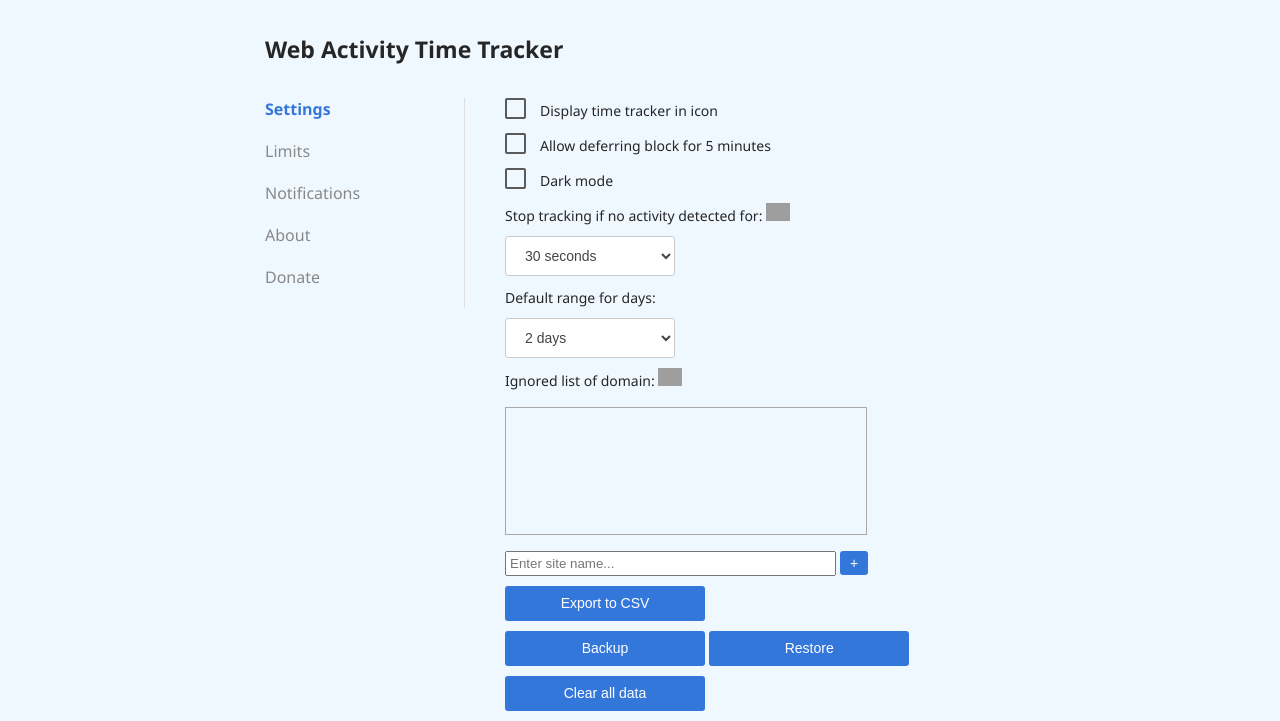
Repository: Inakhoyan/Lab-Project
Page: options.html
These files come from the project's save history. The page is drawn as it stood at one moment and after the next save; the edit follows.
The browser window is 1280 px wide. The pictures show the whole page.
Pictures or frames that could not be fetched are drawn as grey boxes.

Above is the page before, as saved 2022-11-19 00:36:36.
Console error: TypeError: Cannot read properties of null (reading 'addEventListener')

After the next save:
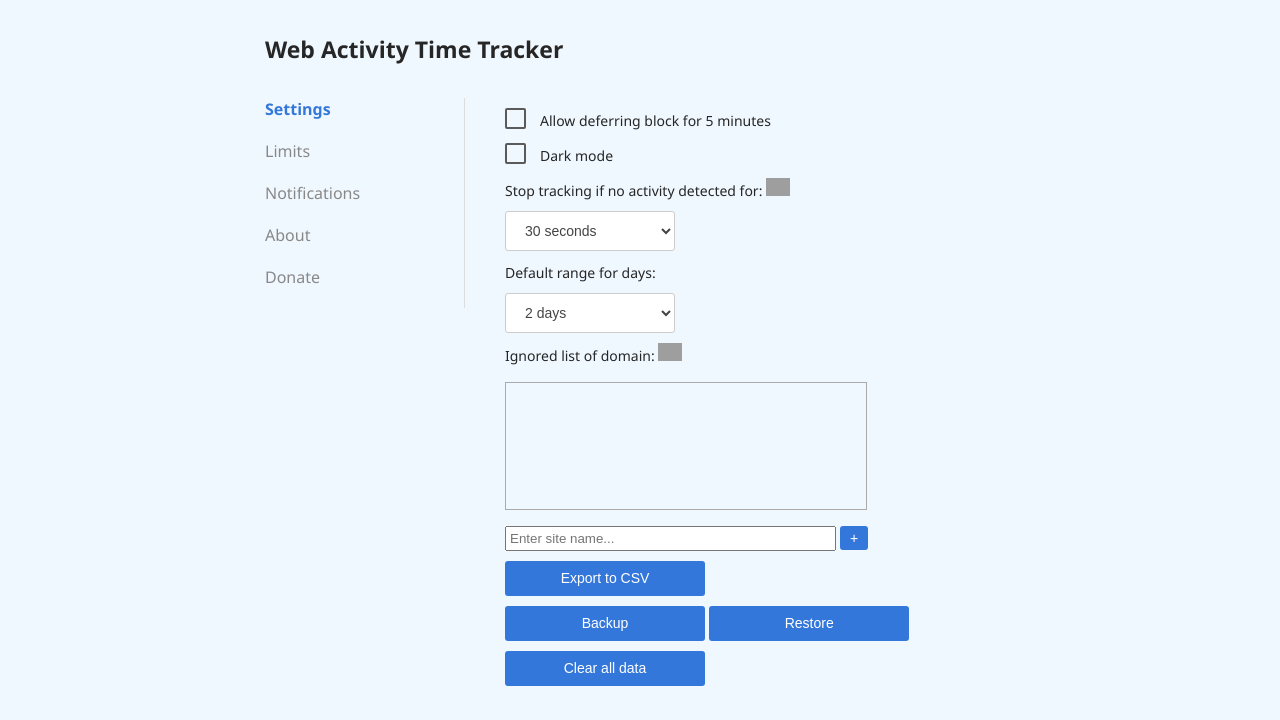
Saved 71 s later.
--- a/options.html
+++ b/options.html
@@ -31,10 +31,7 @@
             </div>
             <div id="block">
                 <div id="settingsBlock">
-                    <label>
-                        <input type="checkbox" class="filled-in" id="viewTimeInBadge">
-                        <span>Display time tracker in icon</span>
-                    </label>
+
                     <div class="margin-top-10">
                         <label>
                             <input type="checkbox" class="filled-in" id="blockDeferral">
